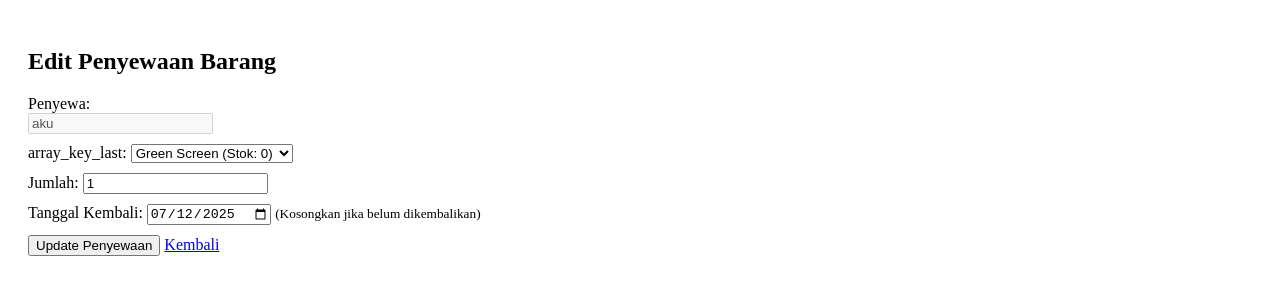
Repository: fatkquladhim/multimedia_app
Page: http://localhost/admin/penyewaan/edit-barang-penyewaan.php?id=6
An editor plug-in stored every save of this project. The page is shown before and after the next save, followed by the edit.
The browser window is 1280 px wide. The pictures show the whole page.
The page is run by PHP 8.4 with error messages shown; the project is at /var/www/html/. The session is filled in as if someone had signed in: {"user_id": 2, "username": "asep", "role": "admin"}. The database holds what the project's SQL file puts in it.

Above is the page before, as saved 2025-07-14 14:06:33.

After the next save:
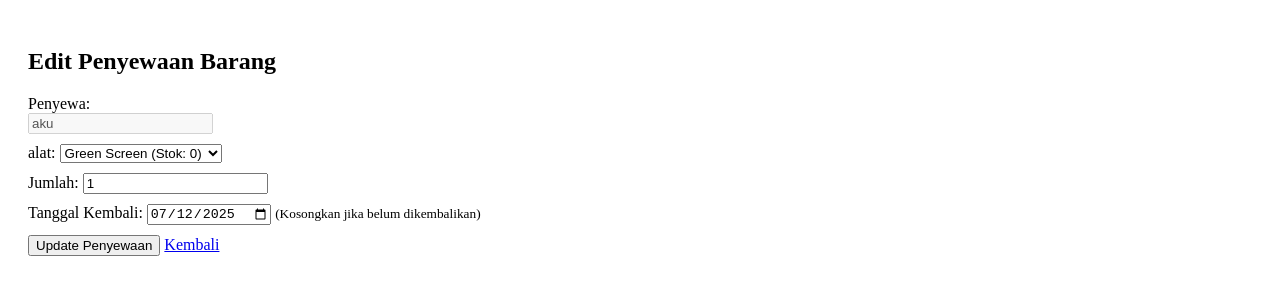
Saved 4 s later.
--- a/admin/penyewaan/edit-barang-penyewaan.php
+++ b/admin/penyewaan/edit-barang-penyewaan.php
@@ -118,7 +118,7 @@ if ($_SERVER['REQUEST_METHOD'] === 'POST') {
             </div>
 
             <div class="form-group">
-                <label>array_key_last:</label>
+                <label>alat:</label>
                 <select name="id_alat" required>
                     <?php
                     while($row = $alat->fetch_assoc()):
